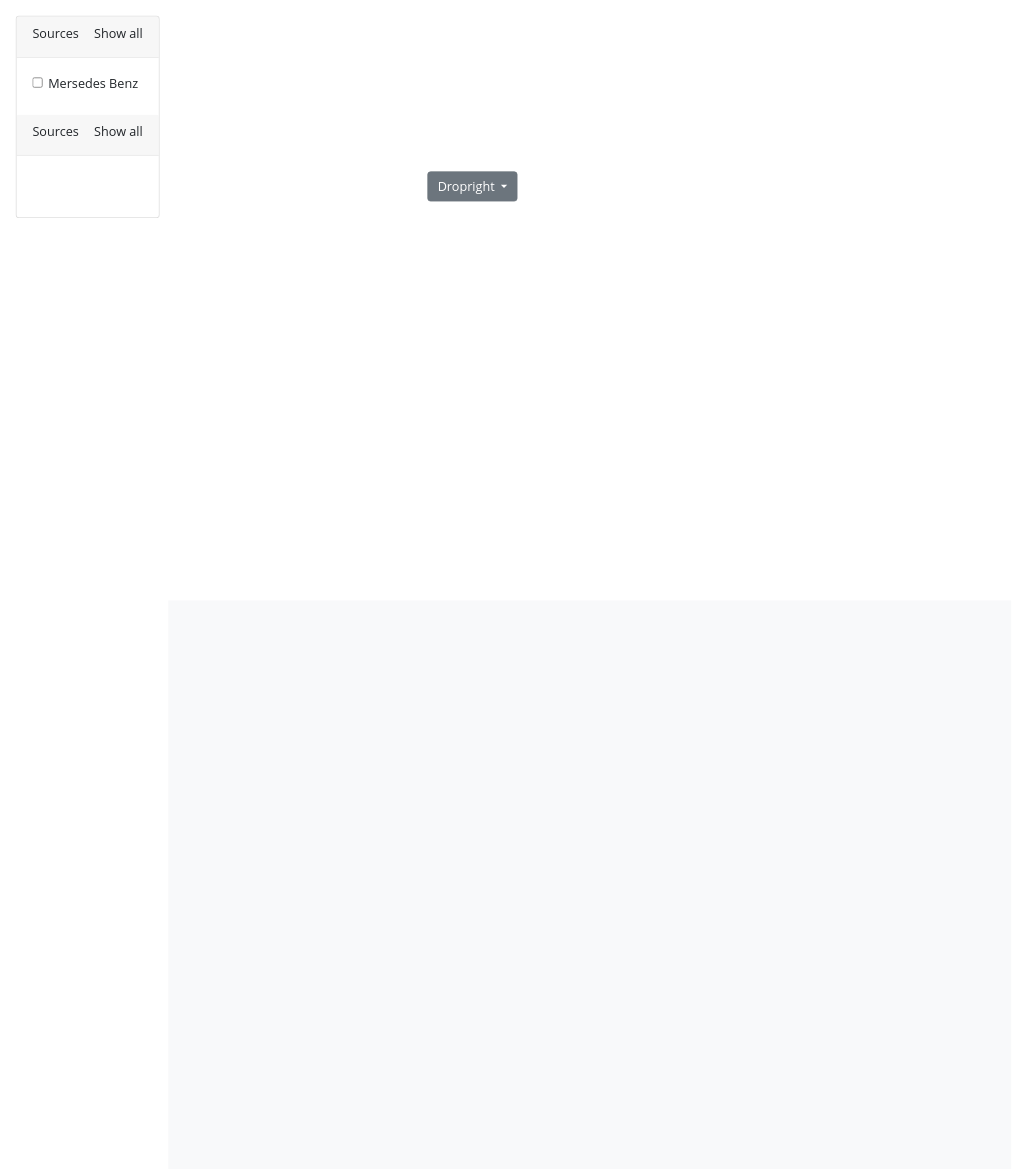
Repository: tts2610/GoogleNews
Page: index.html
These files come from the project's save history. The page is drawn as it stood at one moment and after the next save; the edit follows.
The browser window is 1280 px wide. The page is 1295 px wide, so the pictures cover 1295 px, including what lies to the right of the window. The pictures show the whole page, at 79% of full size.
The page's requests for data from a server got no answer. Some web libraries are served in a nearby version.

Above is the page before, as saved 2020-05-21 01:18:29.

After the next save:
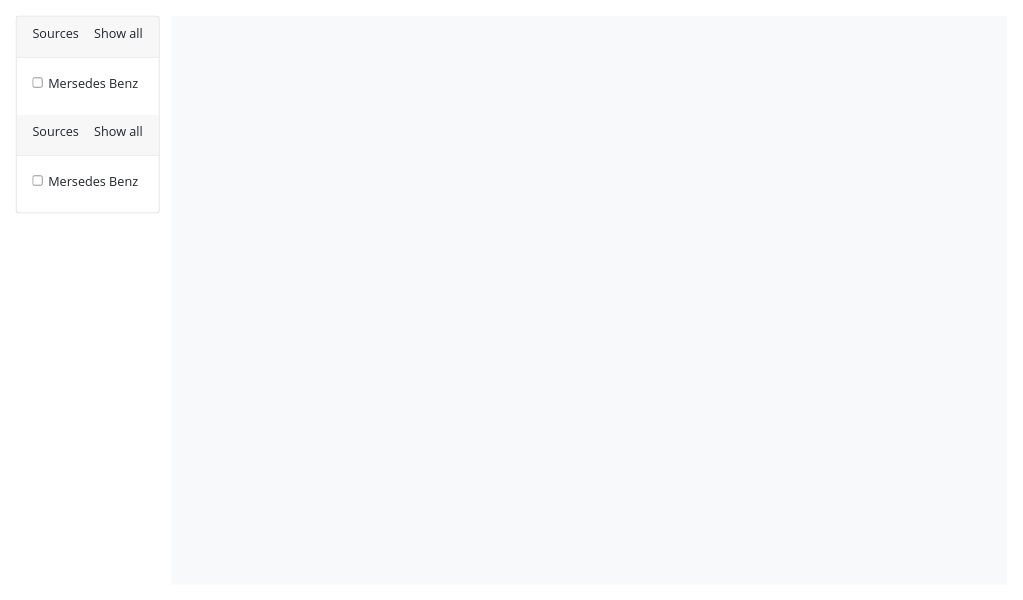
Saved 26 s later.
--- a/index.html
+++ b/index.html
@@ -54,28 +54,38 @@
                         </header>
                         <div class="filter-content">
                             <div class="card-body">
-
-                                <button type="button" class="btn btn-secondary dropdown-toggle" data-toggle="dropdown" aria-haspopup="true" aria-expanded="false">
-                                          Dropright
-                                        </button>
+                                <form id="sideNav">
+                                    <label class="form-check">
+                                        <input class="form-check-input" type="checkbox" value="">
+                                        <span class="form-check-label">
+                                            Mersedes Benz
+                                        </span>
+                                    </label>
+                                </form>
 
                             </div>
+                            <!-- card-body.// -->
                         </div>
+                    </article>
 
+                    <!-- card-group-item.// -->
                 </div>
-                <!-- card-body.// -->
+
+                <div class="filterCategory">
+                    <div class="btn-group dropright">
+                        <button type="button" class="btn btn-secondary dropdown-toggle" data-toggle="dropdown" aria-haspopup="true" aria-expanded="false">
+                          Dropright
+                        </button>
+                        <div class="dropdown-menu">
+                            <!-- Dropdown menu links -->
+                        </div>
+                    </div>
+                </div>
             </div>
-            </article>
+            <div class="col-10 content" id="myContent">
 
-            <!-- card-group-item.// -->
+            </div>
         </div>
-
-
-    </div>
-    <div class="col-10 content" id="myContent">
-
-    </div>
-    </div>
 
 
 
